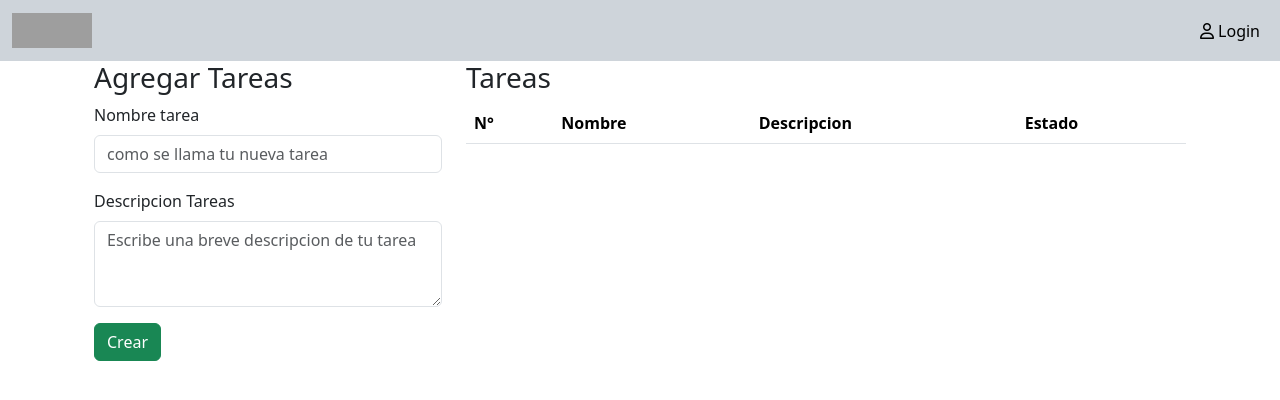
Repository: iwinser117/lista-Tareas
Page: src/public/index.html
The author's editor kept a copy of each file at every save. The page is drawn from the files as they stood at one save, then again after the next save.
The browser window is 1280 px wide. The pictures show the whole page.
Pictures or frames that could not be fetched are drawn as grey boxes. The page's requests for data from a server got no answer. Some web libraries are served in a nearby version.

Above is the page before, as saved 2023-01-03 13:28:29.

### src/public/index.html
<!DOCTYPE html>
<html lang="en">
  <head>
    <meta charset="UTF-8" />
    <meta http-equiv="X-UA-Compatible" content="IE=edge" />
    <meta name="viewport" content="width=device-width, initial-scale=1.0" />
    <script
      src="https://kit.fontawesome.com/1e68ffedd1.js"
      crossorigin="anonymous"
    ></script>
    <link
      href="https://cdn.jsdelivr.net/npm/bootstrap@5.3.0-alpha1/dist/css/bootstrap.min.css"
      rel="stylesheet"
      integrity="sha384-GLhlTQ8iRABdZLl6O3oVMWSktQOp6b7In1Zl3/Jr59b6EGGoI1aFkw7cmDA6j6gD"
      crossorigin="anonymous"
    />
    <script
      src="https://cdn.jsdelivr.net/npm/bootstrap@5.3.0-alpha1/dist/js/bootstrap.bundle.min.js"
      integrity="sha384-w76AqPfDkMBDXo30jS1Sgez6pr3x5MlQ1ZAGC+nuZB+EYdgRZgiwxhTBTkF7CXvN"
      crossorigin="anonymous"
    ></script>
    <title>Lista de Tareas</title>
  </head>
  <body>
    <div class="container-fliud" id="main">
      <nav class="navbar navbar-expand-lg bg-body-tertiary bg-dark-subtle">
        <div class="container-fluid">
          <a class="navbar-brand">
            <img
              src="../assets/ok.svg"
              alt="Bootstrap"
              width="80"
              height="35"
            />
          </a>
          <button
            class="navbar-toggler"
            type="button"
            data-bs-toggle="collapse"
            data-bs-target="#navbarNavAltMarkup"
            aria-controls="navbarNavAltMarkup"
            aria-expanded="false"
            aria-label="Toggle navigation"
          >
            <span class="navbar-toggler-icon"></span>
          </button>
          <div
            class="collapse navbar-collapse justify-content-end"
            id="navbarNavAltMarkup"
          >
            <div class="navbar-nav">
              <!-- <a class="nav-link" href="#">Features</a>
            <a class="nav-link" href="#">Pricing</a> -->
              <a class="nav-link active" aria-current="page" href="#"
                ><i class="fa-regular fa-user"></i> Login</a
              >
              <!-- <a class="nav-link disabled">Disabled</a> -->
            </div>
          </div>
        </div>
      </nav>

      <div class="container-md row  m-auto">
        <section class="col-sm-4 container w-30">
        <div>
          <h3>Agregar Tareas</h3>
          <div class="mb-3">
            <label for="nameTarea" class="form-label">Nombre tarea</label>
            <input
              type="text"
              id="nameTarea"
              placeholder="como se llama tu nueva tarea"
              class="form-control"
            />
          </div>
          <div class="mb-3">
            <label for="descripcionTarea" class="form-label"
              >Descripcion Tareas</label
            >
            <textarea
              class="form-control"
              id="descripcionTarea"
              rows="3"
              placeholder="Escribe una breve descripcion de tu tarea"
            ></textarea>
          </div>

          <button  type="submit" id="button-form" class="btn btn-success">
            Crear
          </button>
        </div>
      </section>
      <section class=" col-sm-8 container w-70">
        <h3>Tareas</h3>
        <table class="table">
          <thead>
            <tr>
              <th scope="col">N°</th>
              <th scope="col">Nombre</th>
              <th scope="col">Descripcion</th>
              <th scope="col">Estado</th>
            </tr>
          </thead>
          <tbody id="contenido">

            </tr>
          </tbody>
        </table>
      </section>
      </div>
    </div>
    <script src="../ftn/listar.js"></script>
    <script src="../ftn/metods.js"></script>
  </body>
</html>

### src/ftn/listar.js
const contenido = document.getElementById("contenido");
const nombreTarea = document.getElementById("nDBtarea");
const miItemActual = document.getElementById("miItemActual");

console.log("hola")
async function misDatos(data) {
  contenido.innerHTML = "";
  await data.map((item, index) => {
    // console.log(item._id)
    contenido.innerHTML += `
            <tr>
              <th id="miItemActual"  scope="row">${index + 1}</th>

              <td id="nDBtarea">${item.name}</td>
              <td>${item.descripcion}</td>
              <td>
                <select class="form-select" aria-label="Default select example">
                  <option selected>${
                    item.statusTarea ? "pendiente" : "hecho"
                  }</option>
                  <option value="1">Hecho</option>
                </select>
              </td>
              <td onclick ="deleteTask('${
                item._id
              }')"><button  id="eliminarBtn" class="btn btn-danger">
            <i class="fa-solid fa-trash-can"></i>
          </button></td>
        `;
  });
}

async function deleteTask(id) {
  console.log(id);
  const response = await fetch(`http://localhost:3000/api/tareas/${id}`, {
    method: "DELETE",
  }).then(getDatos);
  if (response) {
    console.log("efectivo el delete");
  } else {
    console.log("error en el delete");
  }
}

### src/ftn/metods.js
document.addEventListener("DOMContentLoaded", () => {
  getDatos();
});
const inputName = document.getElementById("nameTarea");
const inputDescripcion = document.getElementById("descripcionTarea");

const getDatos = async () => {
  const response = await fetch("http://localhost:3000/api/tareas");
  const data = await response.json();
  misDatos(data);
  return data;
  /* .then((response) => response.json())
    .then((data) => {
       misDatos(data);
    }); */
};
getDatos()

const button = document.getElementById("button-form");
button.addEventListener("click", async (e) => {
  const name = inputName.value;
  const descripcion = inputDescripcion.value;
  const enviarDatos = () => {
    fetch("http://localhost:3000/api/tareas", {
      method: "POST",
      headers: {
        "Content-type": "application/json",
      },
      body: JSON.stringify({
        name,
        descripcion,
      }),
    })
      .then(console.log("creado con exito"))
      .then(getDatos);
  };
  enviarDatos();
  inputName.value = "";
  inputDescripcion.value = "";
});

After the next save:
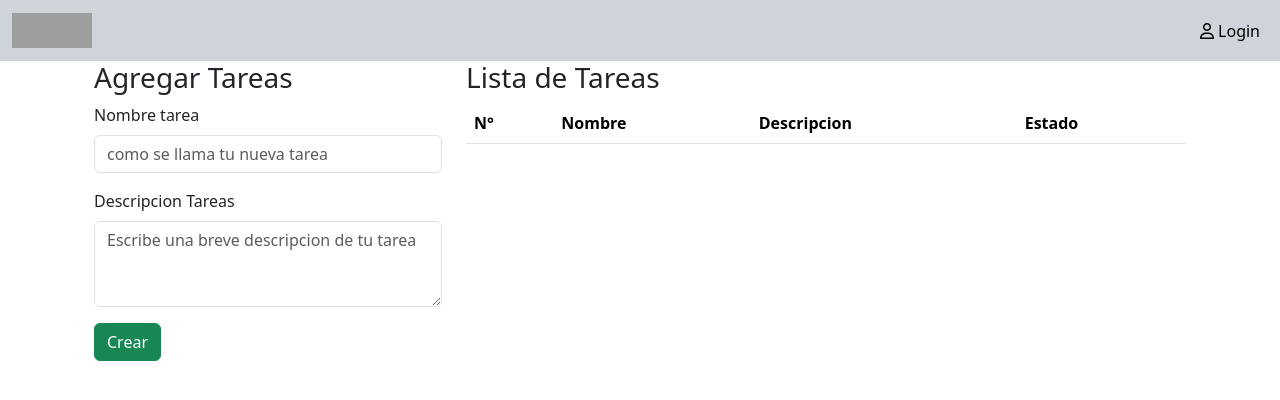
Saved 4 s later.
--- a/src/public/index.html
+++ b/src/public/index.html
@@ -91,7 +91,7 @@
         </div>
       </section>
       <section class=" col-sm-8 container w-70">
-        <h3>Tareas</h3>
+        <h3>Lista de Tareas</h3>
         <table class="table">
           <thead>
             <tr>
